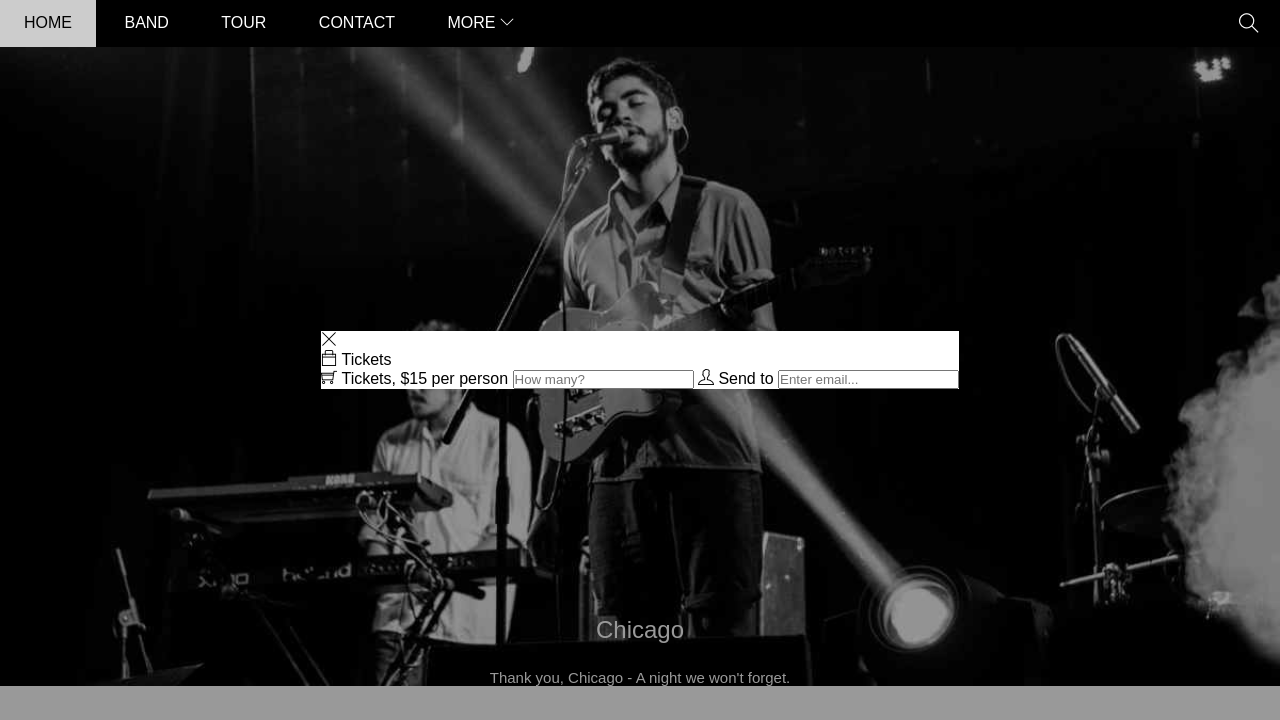
Repository: Thanhtrunghoang123/the-band
Page: index.html
An editor plug-in stored every save of this project. The page is shown before and after the next save, followed by the edit.
The browser window is 1280 px wide. The pictures show the window.
A layer covers the whole window, so only the first screen is drawn.

Above is the page before, as saved 2022-07-21 21:52:22.

### index.html
<!DOCTYPE html>
<html lang="en">
<head>
    <meta charset="UTF-8">
    <meta http-equiv="X-UA-Compatible" content="IE=edge">
    <meta name="viewport" content="width=device-width, initial-scale=1.0">
    <title>Document</title>
    <link rel="stylesheet" href="./assest/css/style.css">
    <link rel="stylesheet" href="./assest/fonts/themify-icons/themify-icons.css">



</head>
<body>
    <div id="main">
        <div id="header">
            <!-- Begin: Nav -->
            <ul id="nav">
                <li><a href="">Home</a></li>
                <li><a href="">Band</a></li>
                <li><a href="">Tour</a></li>
                <li><a href="">Contact</a></li>
                <li>
                    <a href="">
                        More
                        <i class=" nav-arrow-down ti-angle-down"></i>

                    </a>
                    <ul class="subnav">
                        <li><a href="">Merchandise</a></li>
                        <li><a href="">Extras</a></li>
                        <li><a href="">Media</a></li>
                    </ul>
                </li>
            </ul>
            <!-- End: Nav -->

            <!-- Begin: Search button -->
            <div class="search-btn">
                <i class=" search-icon ti-search"></i>
            </div>
            <!-- End: Search button -->



        </div>

        <div id="slider">
            <div class="text-content">
                <h2 class="text-heading">Chicago</h2>
                <div class="text-description">Thank you, Chicago - A night we won't forget.</div>

            </div>
        </div>

        <div id="content">
            <!-- About section -->
            <div class="content-section">
                <h2 class="section-heading">THE BAND</h2>
                <p class="section-sub-heading">We love music</p>
                <p class="about-text">We have created a fictional band website. Lorem ipsum dolor sit amet, consectetur adipiscing elit, sed do eiusmod tempor incididunt ut labore et dolore magna aliqua. Ut enim ad minim veniam, quis nostrud exercitation ullamco laboris nisi ut aliquip ex ea commodo consequat. Duis aute irure dolor in reprehenderit in voluptate velit esse cillum dolore eu fugiat nulla pariatur. Excepteur sint occaecat cupidatat non proident, sunt in culpa qui officia deserunt mollit anim id est laborum consectetur adipiscing elit, sed do eiusmod tempor incididunt ut labore et dolore magna aliqua. Ut enim ad minim veniam, quis nostrud exercitation ullamco laboris nisi ut aliquip ex ea commodo consequat.</p>
                <div class="members-list">
                    <div class="member-item">
                        <p class="member-name">Name</p>
                        <img src="./assest/img/band/member1.jpg" alt="Name" class="member-img">
                    </div>
                    <div class="member-item">
                        <p class="member-name">Name</p>
                        <img src="./assest/img/band/member1.jpg" alt="Name" class="member-img">
                    </div>
                    <div class="member-item">
                        <p class="member-name">Name</p>
                        <img src="./assest/img/band/member1.jpg" alt="Name" class="member-img">
                    </div>
                    <div class="clear"></div>
                </div>
            </div>
            <!-- Tour section -->
            <div class="tour-section">
                <div class="content-section">
                    <h2 class="section-heading text-white">TOUR DATES</h2>
                    <p class="section-sub-heading text-white">Remember to book your tickets!</p>

                    <!-- Tickets  -->
                    <ul class="tickets-list">
                        <li>September <span class="sold-out">Sold out</span></li>
                        <li>October <span class="sold-out">Sold out</span></li>
                        <li>November <span class="quantity">3</span></li>
                    </ul>
                    <!-- places -->
                    <div class="place-list">
                        <div class="place-item">
                            <img src="./assest/img/places/place1.jpg" alt="img" class="place-img">
                            <div class="place-body">
                                <h3 class="place-heading">New York</h3>
                                <p class="place-time">Fri 27 Nov 2022</p>
                                <p class="place-desc">Praesent tincidunt sed tellus ut rutrum sed vitae justo.</p>
                                <a href="" class="place-buy-btn">Buy Tickets</a>
                            </div>
                        </div>

                        <div class="place-item">
                            <img src="./assest/img/places/place2.jpg" alt="img" class="place-img">
                            <div class="place-body">
                                <h3 class="place-heading">Paris</h3>
                                <p class="place-time">Sat 28 Nov 2022</p>
                                <p class="place-desc">Praesent tincidunt sed tellus ut rutrum sed vitae justo.</p>
                                <a href="" class="place-buy-btn">Buy Tickets</a>
                            </div>
                        </div>

                        <div class="place-item">
                            <img src="./assest/img/places/place3.jpg" alt="img" class="place-img">
                            <div class="place-body">
                                <h3 class="place-heading">San Francisco</h3>
                                <p class="place-time">Sun 29 Nov 2022</p>
                                <p class="place-desc">Praesent tincidunt sed tellus ut rutrum sed vitae justo.</p>
                                <a href="" class="place-buy-btn">Buy Tickets</a>
                            </div>
                        </div>
                        <div class="clear"></div>
                    </div>
                </div>

            </div>
            <!-- Contact section -->
            <div class="content-section">
                <h2 class="section-heading">CONTACT</h2>
                <p class="section-sub-heading">Fan? Drop a note!</p>
            </div>
            <!-- Contact section -->

        </div>

        <div id="footer">

        </div>
    </div>
    <div class="modal">
        <div class="modal-container">
            <div class="modle-close">
                <i class="ti-close"></i>
            </div>

            <header class="modal-header">
                <i class="ti-bag"></i>
                Tickets
            </header>

            <div class="modal-body">
                <label for="" class="modal-label">
                    <i class="ti-shopping-cart"></i>
                    Tickets, $15 per person
                </label>
                <input type="text" class="modal-input" placeholder="How many?">

                <label for="" class="modal-label">
                    <i class="ti-user"></i>
                    Send to
                </label>
                <input type="text" class="modal-input" placeholder="Enter email...">
            </div>
        </div>
    </div>
</body>
</html>

### assest/css/style.css
*{
    margin: 0;
    padding: 0;
    box-sizing: border-box;
}

html{
    font-family: Arial, Helvetica, sans-serif;
}
.text-white{
    color: #fff !important;
}
.clear{
    clear: both;
}
#main{

}

#header{
    height: 46.5px;
    background-color: #000;
    position: fixed;
    top: 0;
    left: 0;
    right: 0;
    z-index: 1;
}
#nav {
    display: inline-block;
}
#nav , .subnav{
    list-style: none;
}
#nav > li{
    display: inline-block;
}

#nav li{
    position: relative;
}

#nav > li > a {
    color: #fff;
    text-transform: uppercase;
}
#nav li a{
    text-decoration: none;
    line-height: 46.5px;
    padding: 0px 24px;
    display: block;
}

#nav li:hover .subnav{
    display: block;
}
#nav > li:hover > a,
#nav .subnav li:hover a{
    color: #000;
    background-color: #ccc;
}

#nav .subnav{
    display: none;
    position: absolute;
    top: 100%;
    background-color: #fff;
    box-shadow: 0 0 10px rgba(0 , 0 , 0 ,0.3);
}
#nav .subnav a{
    color: #000;
    min-width: 160px;
    padding:  0px 12px;
    line-height: 38.5px;
}
#nav .nav-arrow-down{
    font-size: 14px;
}
#header .search-btn{
    float:right;
    padding: 0 21px;
}
#header .search-btn:hover {
    background-color: #f44336;
    cursor: pointer;
}
#header .search-icon {
    color: #fff;
    font-size: 20px;
    line-height: 46px;
}
#slider{
    position: relative;
    margin-top: 46px;
    padding-top:50%;
    background: url(/assest/img/slider/chicago.jpg) top center /cover no-repeat;
}

#slider .text-content{
    position: absolute;
    bottom: 0;
    color: #fff;
    /* cách căn giữa 1 */
    /* left: 50%;
    transform: translateX(-50%); */
    /* Cách căn giữa 2 */
    width: 100%;
    text-align: center;
}

#slider .text-heading{
    font-weight: 500 ;
    font-size: 24px;
}

#slider .text-description{
    font-size: 15px;
    margin-top: 25px;
}

#content{

}

#content .content-section{
    width: 800px;
    margin-left: auto;
    margin-right: auto;
    padding: 64px 0;
}

#content .section-heading{
    font-size: 30px;
    font-weight: 500;
    text-align: center;
    letter-spacing:  4px;
}

#content .section-sub-heading{
    font-size: 15px;
    text-align: center;
    margin-top: 25px;
    font-style: italic;
    opacity: 0.6;

}

#content .about-text{
    font-size: 15px;
    margin-top: 25px;
    text-align: justify;
    line-height: 1.4;

}

#content .members-list{
    margin-top: 47px;
    /* display: flex; */
    overflow: hidden;
}

#content .member-item{
    float: left;
    /* /* margin: auto; */
    width: calc(100%/3);
    text-align: center;

}

#content .member-name{
    font-size: 15px;
}

#content .member-img{
    width: 154px;
    margin-top: 15px;
    border-radius: 4px;
}
/* Tour section  */
.tour-section{
    background-color: #000;
}

.tickets-list{
    background-color: #fff;
    margin-top: 40px;
}

.tickets-list li {
    color: #757575;
    font-size: 15px;
    padding: 11px 16px;
    border-bottom: 1px solid #ddd;
    list-style: none;
}

.tickets-list .sold-out{
    background-color: #f44336;
    color: #fff ;
    padding: 3px 4px;
    margin-left: 16px;
}

.tickets-list .quantity{
    float: right;
    width: 24px;
    height: 24px;
    background-color: #000;
    color: #fff;
    border-radius: 50%;
    text-align: center;
    line-height: 24px;
    margin-top: -3px;

}
/* Places */
.place-list{
   margin: 32px -8px 48px;

}

.place-item{
    float: left;
    width: calc(100%/3);
    padding: 0 8px;
}
.place-img{
    width: 100%;
    display: block;
}

.place-img:hover{
    opacity: 0.6;
}

.place-body{
    padding: 16px;
    font-size: 15px;
    background-color: #fff;
}

.place-heading{
    font-size: 15px;
    font-weight: 600;

}

.place-time{
    margin-top: 15px;
    color: #757575;
}

.place-desc{
    margin-top: 15px;
    line-height: 1.4;
}

.place-buy-btn{
    color: #fff;
    background-color: #000;
    text-decoration: none;
    padding: 11px 16px;
    display: inline-block;
    margin-top: 15px;
}

.place-buy-btn:hover{
    color: #000;
    background-color: #ccc;
}

.modal{
    position: fixed;
    top: 0;
    bottom: 0;
    right: 0;
    left: 0;
    background: rgba(0, 0 ,0 ,0.4);
    display: flex;
    align-items: center;
    justify-content: center;
}

.modal-container {
    background: #fff ;

}

#footer{

}

Loaded but not shown: assest/fonts/themify-icons/themify-icons.css (common file)

After the next save:
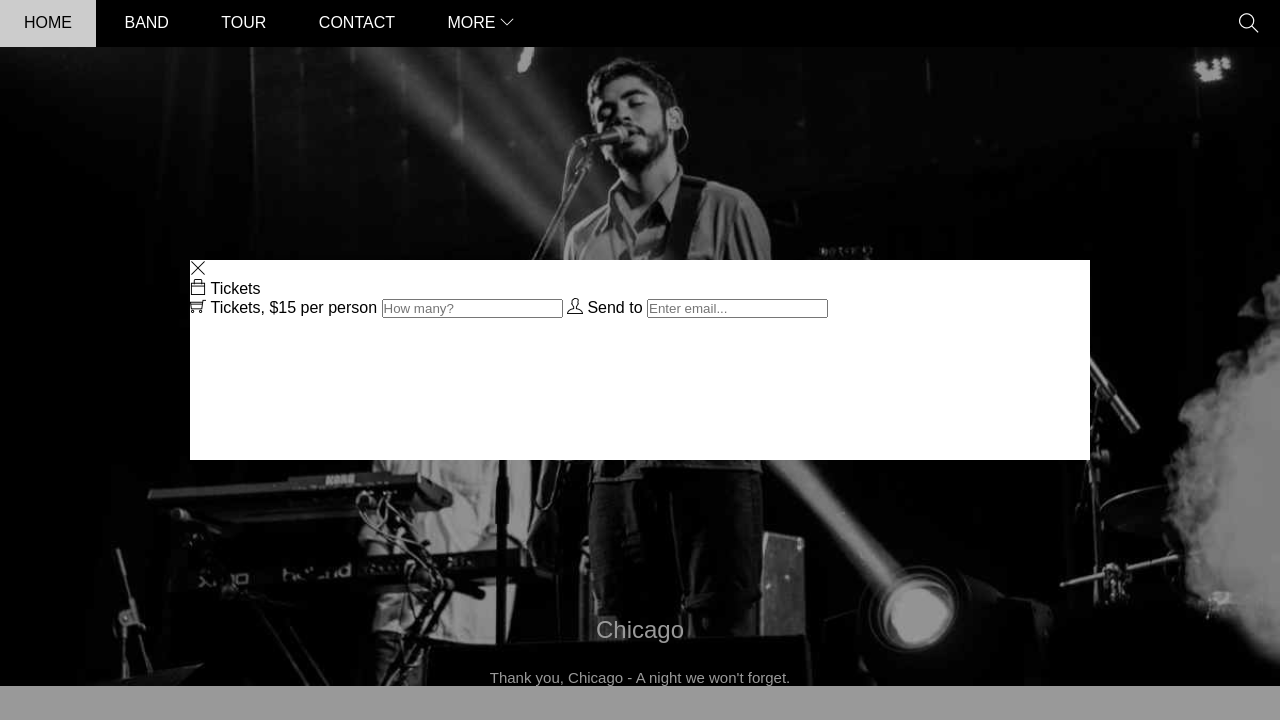
Saved 21 s later.
--- a/assest/css/style.css
+++ b/assest/css/style.css
@@ -283,6 +283,9 @@
 
 .modal-container {
     background: #fff ;
+    width: 900px;
+    min-height: 200px;
+
 
 }
 
